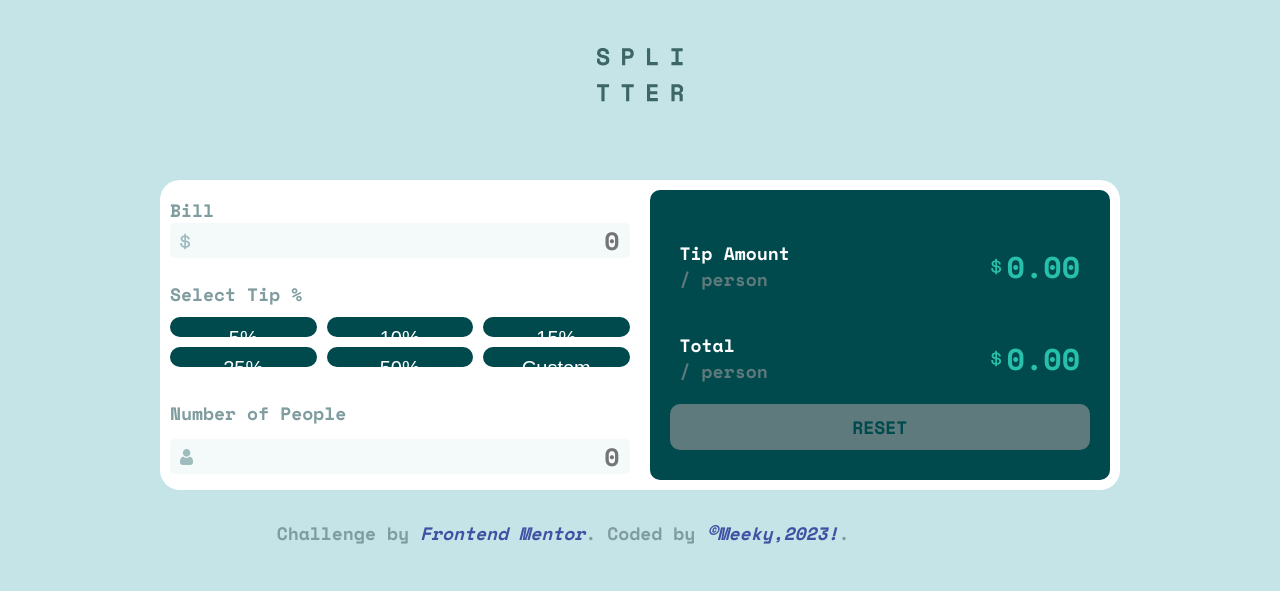
Repository: MeekyBerry/Frontend-Mentor-Challenges
Page: tip-calculator-app/index.html
The author's editor kept a copy of each file at every save. The page is drawn from the files as they stood at one save, then again after the next save.
The browser window is 1280 px wide. The pictures show the whole page.

Above is the page before, as saved 2023-04-05 16:58:32.

### tip-calculator-app/index.html
<!DOCTYPE html>
<html lang="en">

<head>
  <meta charset="UTF-8">
  <meta name="viewport" content="width=device-width, initial-scale=1.0">
  <link rel="icon" type="image/png" sizes="32x32" href="./css/images/favicon-32x32.png">
  <title> Tip calculator app</title>
  <link rel="stylesheet" href="./css/style.css">
  <script src="./script.js" defer></script>
</head>

<body>
  <div class="heading-logo">
    <img src="./css/images/logo.svg" alt="Logo" class="logo">
  </div>

  <form id="form" class="background">
    <div class="first-container">
      <div class="bill-container">
        <label for="bill">Bill</label>
        <input type="number" id="bill" placeholder="0" class="bill-input__img input-bar">
      </div>

      <div class="tip">
        <div>Select Tip %</div>
        <div class="percent-container">
          <button type="button" class="percent five">5%</button>
          <button type="button" class="percent ten">10%</button>
          <button type="button" class="percent fiftheen">15%</button>
          <button type="button" class="percent twenty-five">25%</button>
          <button type="button" class="percent fifty">50%</button>
          <button type="button" class="percent custom" id="cst-btn">Custom</button>
        </div>
      </div <div>
      <div class="people-validate">
        <label for="number">Number of People</label>
        <span id="validate" class="people-zero">Can't be zero</span>
      </div>
      <div class="icon-box">
        <input type="number" id="people" class="people-input__img input-bar" placeholder="0">
      </div>
    </div>
    </div>

    <div class="second-container">
      <div class="amount">
        <p>Tip Amount <span class="person">/ person</span></p>
        <div class="digit">
          <svg xmlns="http://www.w3.org/2000/svg" width="11" height="17">
            <path fill="var(--Strong-cyan)"
              d="M6.016 16.328v-1.464c1.232-.08 2.22-.444 2.964-1.092.744-.648 1.116-1.508 1.116-2.58v-.144c0-.992-.348-1.772-1.044-2.34-.696-.568-1.708-.932-3.036-1.092V4.184c.56.144 1.012.4 1.356.768.344.368.516.816.516 1.344v.288h1.824v-.432c0-.448-.088-.876-.264-1.284a3.783 3.783 0 00-.744-1.116A4.251 4.251 0 007.54 2.9a5.324 5.324 0 00-1.524-.492V.872H4.288V2.36a5.532 5.532 0 00-1.416.324c-.448.168-.84.392-1.176.672-.336.28-.604.616-.804 1.008-.2.392-.3.844-.3 1.356v.144c0 .96.316 1.708.948 2.244.632.536 1.548.884 2.748 1.044v3.912c-.704-.16-1.248-.472-1.632-.936-.384-.464-.576-1.08-.576-1.848v-.288H.256v.576c0 .464.08.924.24 1.38.16.456.404.88.732 1.272.328.392.744.728 1.248 1.008s1.108.476 1.812.588v1.512h1.728zM4.288 7.424c-.688-.128-1.164-.332-1.428-.612-.264-.28-.396-.644-.396-1.092 0-.464.176-.832.528-1.104.352-.272.784-.448 1.296-.528v3.336zm1.728 5.712V9.344c.768.128 1.328.328 1.68.6.352.272.528.688.528 1.248 0 .544-.196.984-.588 1.32-.392.336-.932.544-1.62.624z" />
          </svg>
          <span id="tip-amount" class="amount-span">0.00</span>
        </div>
      </div>

      <div class="amount">
        <p>Total <span class="person">/ person</span></p>
        <div class="digit">
          <svg xmlns="http://www.w3.org/2000/svg" width="11" height="17">
            <path fill="var(--Strong-cyan)"
              d="M6.016 16.328v-1.464c1.232-.08 2.22-.444 2.964-1.092.744-.648 1.116-1.508 1.116-2.58v-.144c0-.992-.348-1.772-1.044-2.34-.696-.568-1.708-.932-3.036-1.092V4.184c.56.144 1.012.4 1.356.768.344.368.516.816.516 1.344v.288h1.824v-.432c0-.448-.088-.876-.264-1.284a3.783 3.783 0 00-.744-1.116A4.251 4.251 0 007.54 2.9a5.324 5.324 0 00-1.524-.492V.872H4.288V2.36a5.532 5.532 0 00-1.416.324c-.448.168-.84.392-1.176.672-.336.28-.604.616-.804 1.008-.2.392-.3.844-.3 1.356v.144c0 .96.316 1.708.948 2.244.632.536 1.548.884 2.748 1.044v3.912c-.704-.16-1.248-.472-1.632-.936-.384-.464-.576-1.08-.576-1.848v-.288H.256v.576c0 .464.08.924.24 1.38.16.456.404.88.732 1.272.328.392.744.728 1.248 1.008s1.108.476 1.812.588v1.512h1.728zM4.288 7.424c-.688-.128-1.164-.332-1.428-.612-.264-.28-.396-.644-.396-1.092 0-.464.176-.832.528-1.104.352-.272.784-.448 1.296-.528v3.336zm1.728 5.712V9.344c.768.128 1.328.328 1.68.6.352.272.528.688.528 1.248 0 .544-.196.984-.588 1.32-.392.336-.932.544-1.62.624z" />
          </svg>
          <span id="total-amount" class="amount-span">0.00</span>
        </div>
      </div>
      <div class="btn-wrapper">
        <button type="reset" id="reset" class="btn">Reset</button>
      </div>
    </div>
  </form>

  <div class="attribution">
    Challenge by <a href="https://www.frontendmentor.io?ref=challenge" target="_blank">Frontend Mentor</a>.
    Coded by <a href="https://www.linkedin.com/in/mikkylanky/" target="_blank">&copy;Meeky,2023!</a>.
  </div>
</body>

</html>

### tip-calculator-app/css/style.css
@import url("https://fonts.googleapis.com/css2?family=Space+Mono:wght@400;700&display=swap");

:root {
  /* ### Primary */
  --Strong-cyan: hsl(172, 67%, 45%);
  /* ### Neutral */
  --Very-dark-cyan: hsl(183, 100%, 15%);
  --Dark-grayish-cyan: hsl(186, 14%, 43%);
  --Grayish-cyan: hsl(184, 14%, 56%);
  --Light-grayish-cyan: hsl(185, 41%, 84%);
  --Very-light-grayish-cyan: hsl(189, 41%, 97%);
  --White: hsl(0, 0%, 100%);
  --dark-blue: hsl(228, 45%, 44%);
}

html {
  font-size: 50%;
}

*,
::before,
::after {
  margin: 0;
  padding: 0;
  box-sizing: border-box;
}

body {
  font-size: 1.8rem;
  font-family: "Space Mono", sans-serif;
  font-weight: 700;
  background-color: var(--Light-grayish-cyan);
  color: var(--Grayish-cyan);
  height: 100%;
  width: 100%;
}

.heading-logo {
  height: 15rem;
  width: 100%;
  position: relative;
}

.logo {
  position: absolute;
  top: 50%;
  left: 50%;
  transform: translate(-50%, -50%);
}

.background {
  display: flex;
  flex-direction: column;
  justify-content: space-around;
  background-color: var(--White);
  height: 80rem;
  width: 90%;
  border-radius: 2rem;
  padding: 0 2rem;
  margin: 0 auto;
}

.people-validate {
  display: flex;
  justify-content: space-between;
  align-items: center;
}

.people-zero {
  color: red;
  font-size: 1.5rem;
  font-weight: 400;
  display: none;
}

label {
  display: block;
}

.input-bar {
  display: flex;
  justify-content: space-between;
  align-items: center;
  width: 100%;
  height: 3.5rem;
  border: none;
  border-radius: .5rem;
  font-size: 2.5rem;
  font-family: "Space Mono", sans-serif;
  font-weight: 700;
  text-align: end;
  padding: 0 1rem 0 3rem;
}

.input-bar:focus {
  outline-color: var(--Strong-cyan);
}

.bill-input__img {
  background: url(../css/images/icon-dollar.svg) no-repeat var(--Very-light-grayish-cyan) 1rem 1rem;
  padding: 0 1rem 0 3rem;
}

.people-input__img {
  background: url(../css/images/icon-person.svg) no-repeat var(--Very-light-grayish-cyan) 1rem 1rem;
  padding: 0 1rem 0 3rem;
}

/* Remove Arrows/Spinners ON INPUT */
input::-webkit-outer-spin-button,
input::-webkit-inner-spin-button {
  -webkit-appearance: none;
}

/* Firefox */
input[type="number"] {
  -moz-appearance: textfield;
}

.tip {
  padding: 1rem 0;
}

.percent-container {
  display: grid;
  grid-template-columns: repeat(2, 1fr);
  grid-template-rows: repeat(3, 1fr);
  grid-template-areas:
    "five ten"
    "fiftheen twentyFive"
    "fifty custom";
  gap: 1rem;
  padding: 1rem 0;
}

.percent {
  background-color: var(--Very-dark-cyan);
  color: var(--White);
  text-align: center;
  padding: 1rem;
  border-radius: 1rem;
  border: none;
  font-size: 2rem;
  width: 100%;
  height: 2rem;
}

.percent:active {
  background-color: var(--Strong-cyan);
  color: var(--Very-dark-cyan);
  font-weight: 700;
}

.five {
  grid-area: five;
}

.ten {
  grid-area: ten;
}

.fiftheen {
  grid-area: fiftheen;
}

.twenty-five {
  grid-area: twentyFive;
}

.fifty {
  grid-area: fifty;
}

.custom {
  grid-area: custom;
}

.custom-input {
  background-color: var(--Very-light-grayish-cyan);
  color: var(--Very-dark-cyan);
  border: none;
  border-radius: 1rem;
  padding: 0 2rem;
  font-size: 2rem;
  font-weight: 700;
  text-align: end;
  width: 100%;
  height: 100%;
}

.custom-input:focus {
  outline-color: var(--Strong-cyan);
}

.second-container {
  background-color: var(--Very-dark-cyan);
  border-radius: 1rem;
  padding: 3rem 2rem;
}

.amount {
  display: flex;
  justify-content: space-between;
  padding: 2rem 1rem;
}

p {
  color: var(--White);
}

.person {
  display: block;
  font-size: 1.8rem;
  color: var(--Dark-grayish-cyan);
}

.digit {
  display: flex;
  align-items: center;
  justify-content: center;
  gap: .5rem;
}

.amount-span {
  font-size: 3rem;
  color: var(--Strong-cyan);
}

.btn {
  width: 100%;
  padding: 1rem;
  background-color: var(--Dark-grayish-cyan);
  color: var(--Very-dark-cyan);
  border: none;
  border-radius: 1rem;
  text-transform: uppercase;
  font-size: 1.8rem;
  font-weight: 700;
  font-family: "Space Mono", sans-serif;
  -webkit-border-radius: 1rem;
  -moz-border-radius: 1rem;
  -ms-border-radius: 1rem;
  -o-border-radius: 1rem;
}

.attribution {
  font-size: 1.8rem;
  text-align: center;
  width: 88%;
}

.attribution a {
  color: var(--dark-blue);
  text-decoration: none;
  font-style: italic;
}

@media only screen and (min-width: 1000px) {
  html {
    font-size: 62.5%;
  }

  .background {
    width: 75%;
    height: 75%;
    margin: 3rem auto;
    flex-direction: row;
    gap: 2rem;
    padding: 1rem;
  }

  .first-container {
    display: flex;
    flex-direction: column;
    justify-content: space-around;
    width: 50%;
  }

  .percent-container {
    grid-template-columns: repeat(3, 1fr);
    grid-template-rows: repeat(2, 1fr);
    grid-template-areas:
      "five ten fiftheen"
      "twentyFive fifty custom";
  }

  .second-container {
    display: flex;
    flex-direction: column;
    width: 50%;
  }

  .btn-wrapper {
    margin-top: auto;
  }
}

### tip-calculator-app/script.js
// 1. Get the bill amount from the input field
const billInput = document.getElementById("bill");
// 2. Get the tip percentage from the Button array
const tipButtons = document.querySelectorAll(".percent");
// 2.1. The percentage array contains a Custom button which toggles to input field when clicked
const customButton = document.querySelector(".custom");
// 2.2. Get the custom percentage from the input field
const customInput = document.createElement("input");
// Add style class to created customInput element
// customInput.classList.add('custom-input');
// 3. Get the number of people from the input field
const peopleInput = document.getElementById("people");
// 4. Calculate the tip amount per person;
const tipAmountSpan = document.getElementById("tip-amount");
// 5. Calculate the total cost per person
const totalAmountSpan = document.getElementById("total-amount");
// 6. Display the tip amount per person
const resetButton = document.getElementById("reset");
const validatePeople = document.getElementById("validate");

let bill = 0;
let tipPercentage = 0;
let customPercentage = 0;
let people = 0;

let inputPeople = false;
let error = true;

// calculate tip and total amount
const calculateTip = () => {
  if (people > 0) {
    inputPeople = true;
    let tip = (bill * (tipPercentage + customPercentage)) / 100;
    let total = bill + tip;
    let tipPerPerson = tip / people;
    let totalPerPerson = total / people;
    tipAmountSpan.textContent = `${tipPerPerson.toFixed(2)}`;
    totalAmountSpan.textContent = `${totalPerPerson.toFixed(2)}`;
    disableReset();
  }
};

// add event listener for bill input
billInput.addEventListener("input", () => {
  bill = Number(billInput.value);
  calculateTip();
  disableReset();
});

// add event listener for people input
peopleInput.addEventListener("input", () => {
  if (peopleInput.value === "0") {
    validatePeople.style.display = "block";
    peopleInput.style.outlineColor = "red";
  } else {
    validatePeople.style.display = "none";
    peopleInput.style.outlineColor = "hsl(172, 67%, 45%)";
    people = Number(peopleInput.value);
    calculateTip();
    disableReset();
  }
});

// add event listeners for tip buttons
tipButtons.forEach((button) => {
  button.addEventListener("click", () => {
    if (button.classList.contains("custom")) {
      customInput.type = "number";
      customInput.value = "";
      customInput.classList.add("custom-input");
      if (button.parentNode) {
        button.parentNode.replaceChild(customInput, button);
        customInput.focus();
      }
    } else {
      tipPercentage = Number(button.textContent.replace("%", ""));
      calculateTip();
    }
  });
});

// add event listener for custom input
customInput.addEventListener("input", () => {
  customPercentage = Number(customInput.value);
  calculateTip();
});

// add event listener for reset button
resetButton.addEventListener("click", () => {
  billInput.value = "";
  peopleInput.value = "";
  tipAmountSpan.textContent = "0.00";
  totalAmountSpan.textContent = "0.00";
  bill = 0;
  tipPercentage = 0;
  customPercentage = 0;
  people = 0;
  if (customInput.parentNode) {
    customInput.parentNode.replaceChild(customButton, customInput);
  }
  resetButton.disabled = true;
  resetButton.style.backgroundColor = "hsl(186, 14%, 43%)";
  validatePeople.style.display = "none";
});

// disable reset button
const disableReset = () => {
  if (billInput.value.trim() === "" && peopleInput.value.trim() === "") {
    resetButton.disabled = true;
    resetButton.style.backgroundColor = "hsl(186, 14%, 43%)";
  } else {
    resetButton.disabled = false;
    resetButton.style.backgroundColor = "hsl(172, 67%, 45%)";
  }
};

After the next save:
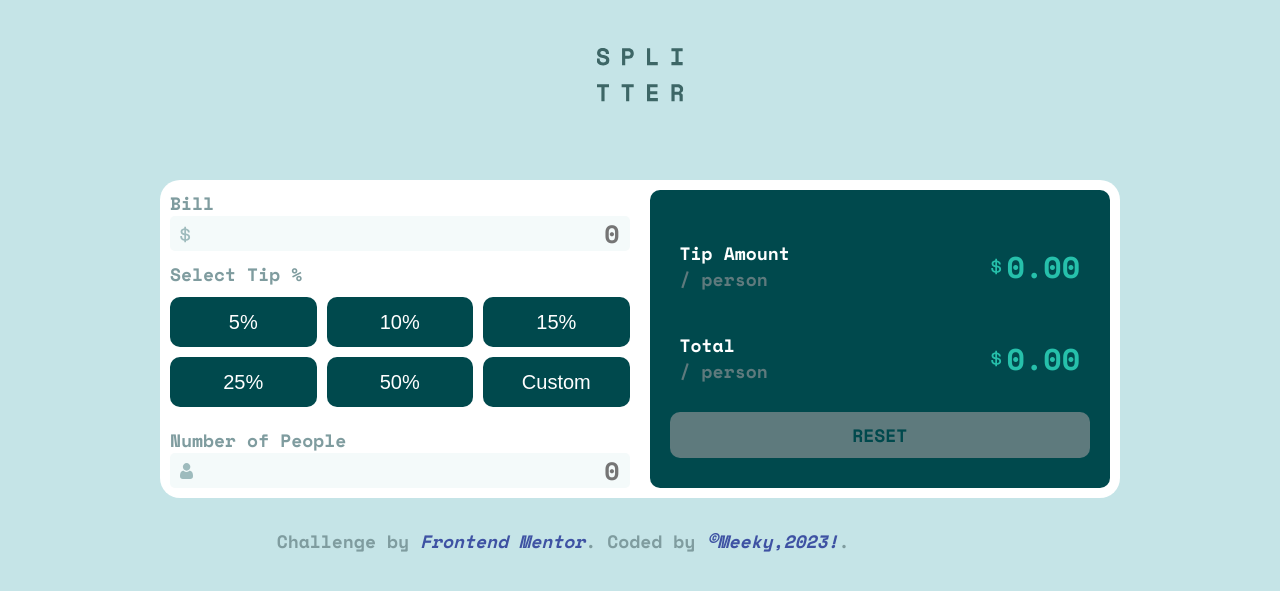
Saved 8 s later.
--- a/tip-calculator-app/css/style.css
+++ b/tip-calculator-app/css/style.css
@@ -142,7 +142,7 @@ input[type="number"] {
   border: none;
   font-size: 2rem;
   width: 100%;
-  height: 2rem;
+  height: 5rem;
 }
 
 .percent:active {
